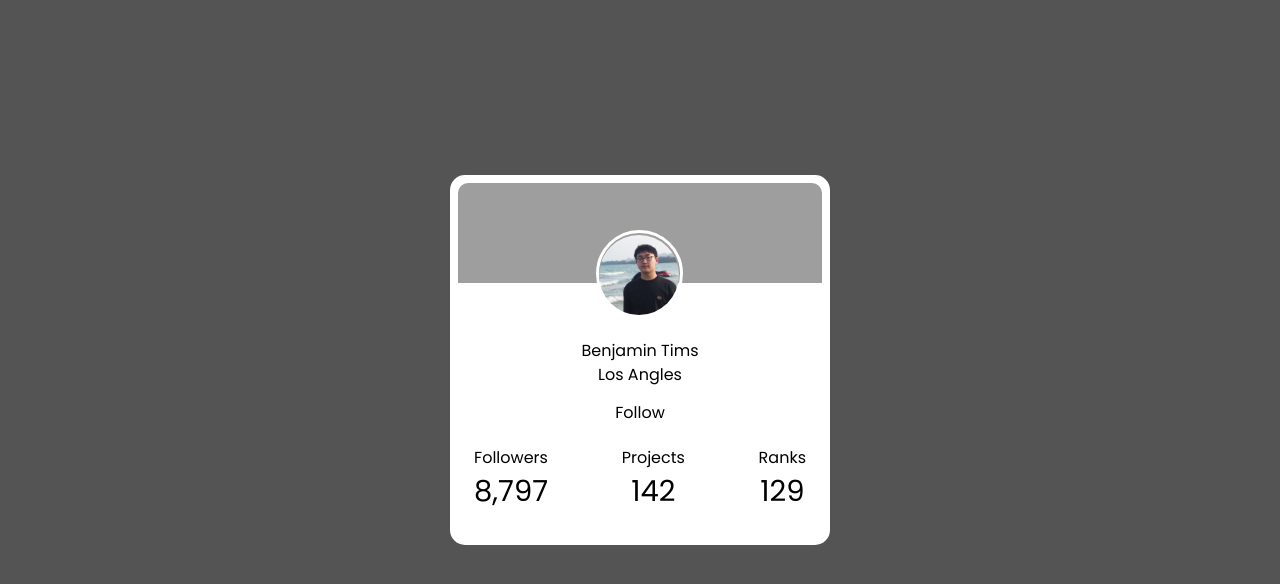
Repository: varotsk137/INT203_62130500080
Page: 62130500080_groupwork_2/myprofile.html
The author's editor kept a copy of each file at every save. The page is drawn from the files as they stood at one save, then again after the next save.
The browser window is 1280 px wide. The pictures show the whole page.
Pictures or frames that could not be fetched are drawn as grey boxes.

Above is the page before, as saved 2021-02-03 10:57:22.

After the next save:
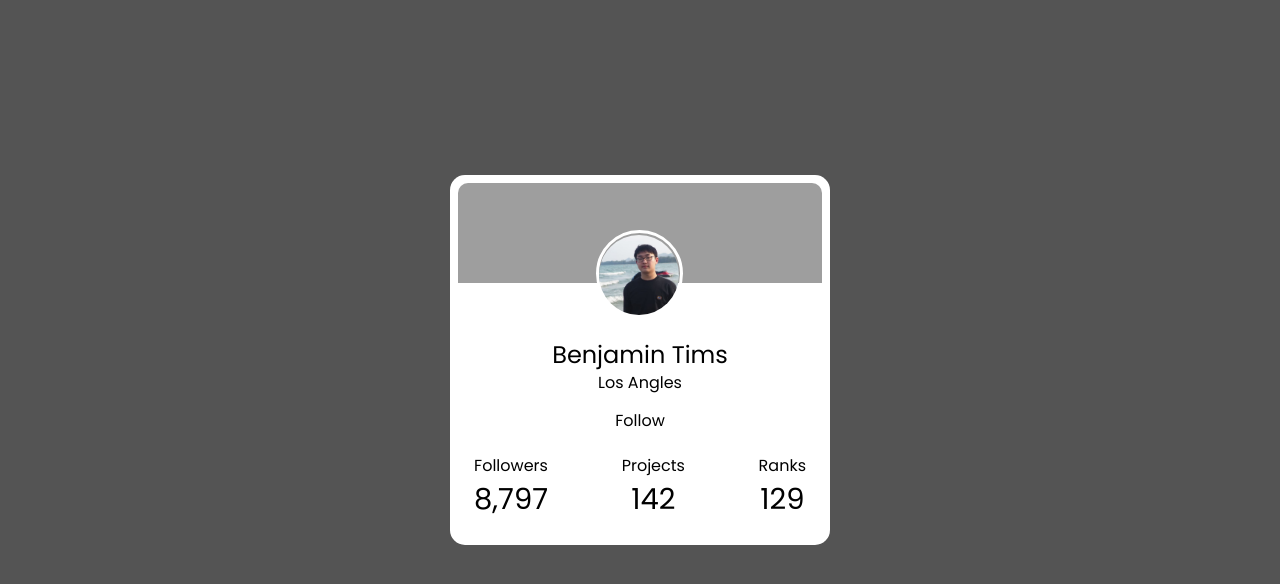
Saved 8 s later.
--- a/62130500080_groupwork_2/myprofile.html
+++ b/62130500080_groupwork_2/myprofile.html
@@ -92,7 +92,7 @@
         <div class="profile"> <img :src="me" class="rounded-full" width="80"> </div>
       </div>
       <div class="mt-14 text-center">
-        <h4 class="mb-0 text-xxl">Benjamin Tims</h4> <span class="text-muted block mb-2">Los Angles</span> <button
+        <h4 class="mb-0 text-2xl">Benjamin Tims</h4> <span class="text-muted block mb-2">Los Angles</span> <button
           class="btn btn-primary btn-sm follow">Follow</button>
         <div class="flex justify-between items-center mt-4 px-4">
           <div class="stats">
